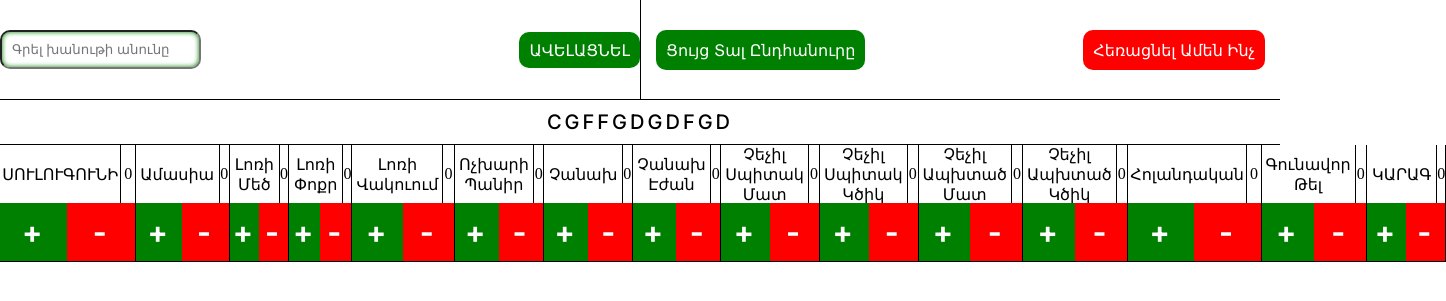
Repository: AbApin/amasia
Page: /
These files come from the project's save history. The page is drawn as it stood at one moment and after a run of saves; the edit follows.
The browser window is 1280 px wide. The page is 1446 px wide, so the pictures cover 1446 px, including what lies to the right of the window. The pictures show the whole page.
The project was rebuilt for these pictures with package versions that can differ from the ones it lists, and the page was loaded fresh each time. Also part of the build but not shown: vue.config.js.

Above is the page before, as saved 2023-02-03 11:54:39.

After the next 2 saves:
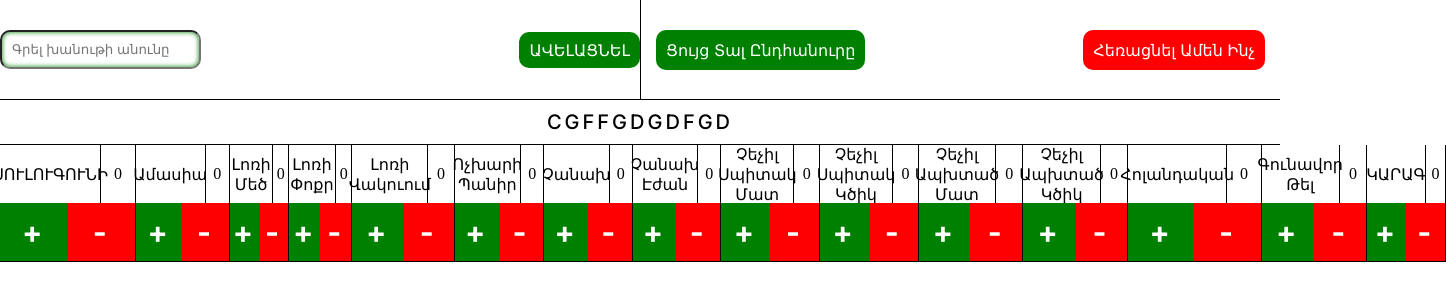
The 2 saves are shown as one change because they came seconds apart.
The last was saved 101 s later.
--- a/src/app.css
+++ b/src/app.css
@@ -98,7 +98,7 @@ ul {
   font-weight: 500;
   word-wrap: break-word;
   text-align: center;
-  width: 90%;
+  width: 75%;
   border-right: 1px solid #000;
   height: 100%;
   padding: 10px 5px;
@@ -108,7 +108,7 @@ ul {
   display: flex;
   justify-content: center;
   align-items: center;
-  width: 40%;
+  width: 25%;
   height: 100%;
 }
 .apranqiAvelPakas {
